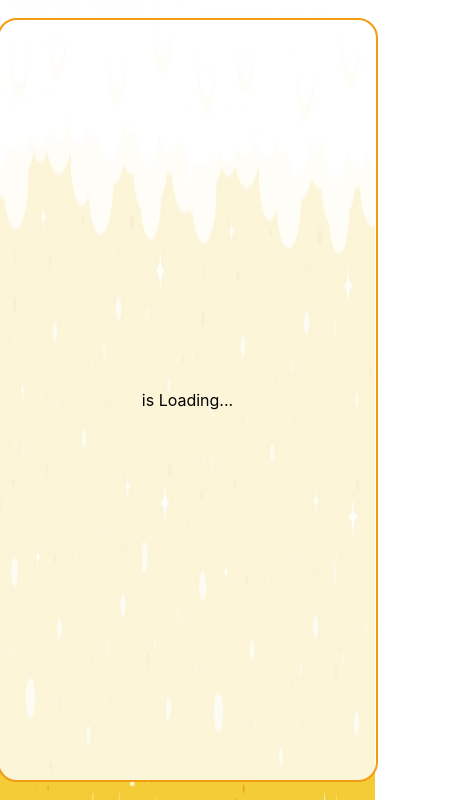
Repository: SebastianArmata22/Beer-app
Page: /
An editor plug-in stored every save of this project. The page is shown before and after the next save, followed by the edit.
The browser window is 375 px wide. The page is 453 px wide, then 375 px, so the pictures cover 453 px, including what lies to the right of the window. The pictures show the whole page.
The page's requests for data from a server got no answer. The project was rebuilt for these pictures with package versions that can differ from the ones it lists, and the page was loaded fresh each time. No one was signed in, and anything a server would have sent is missing. Also part of the build but not shown: src/Card.js.

Above is the page before, as saved 2021-01-05 22:54:59.

### src/App.js
import './App.css';
import Card from './Card.js'
import React from 'react'
import rigtArrow from'./right-arrow.svg'
import leftArrow from'./left-arrow.svg'


class App extends React.Component {

  constructor(props){
    super(props);
    this.state={
      isLoaded:false,
      data:[],
      isNext:true
    }
    this.counter=1
    this.nextBeer=this.nextBeer.bind(this)
    this.previousBeer=this.previousBeer.bind(this)
  }
  getUrl(){
   return `https://api.punkapi.com/v2/beers/${this.counter}`
  }
  getDateFromApi(url){
    fetch(url)
    .then(response=>response.json())
    .then(dataApi=>this.setState({
      isLoaded: true,
      data: dataApi}))
  }
  nextBeer(){
    this.setState({isLoaded: false})
    this.counter<325 && this.counter++
    this.getDateFromApi(this.getUrl())
    this.setState({isNext:true})
  }
 previousBeer(){
    this.setState({isLoaded: false})
    this.counter>1 && this.counter--
    this.getDateFromApi(this.getUrl());
    this.setState({isNext:false})
  }
  componentDidMount(){
    this.getDateFromApi(this.getUrl());
  }
  render(){
    return(
        <div className="app-container">
        <img className="svg-button" onClick={this.previousBeer} src={leftArrow} alt="previous" height='100px'/>
        {this.state.isLoaded ? <Card item={this.state.data} isNext={this.state.isNext} /> : <div className="card load-div">is Loading...</div>}
        <img className="svg-button" onClick={this.nextBeer} src={rigtArrow} alt="next" height='100px' />
        </div>

    )
  }
}

export default App;

### src/App.css
.app-container{
  width: 100%;
  min-height: 100vh;
  display: flex;
  justify-content: center;
  align-items: center;
}

.svg-button{
  cursor: pointer;
}

@media only screen and (max-width: 600px) {
  .svg-button{
    transform: scale(0.5);
  }

}

### src/Card.css
*{
    margin: 0;
    padding: 0;

}
body{
    background-image: url('./background.png');
    background-repeat: no-repeat;
    background-size: 100% 100%;
}
.card {
border: 2px solid #f39c12;
border-radius: 20px;
max-width: 700px;
display: flex;
flex-direction: column;
min-height: 90vh;
padding: 20px;
background-color: rgba(255, 255, 255,0.8);
}
.card h2{
    color: #f39c12;
}

.photo-beer{
    height: 50vh;
}
.photo-card{
    display: flex;
    align-items: center;
    flex-direction: column;

}

.load-div{
    display: flex;
     justify-content: center;
     align-items: center;
}

.text-card{
    position: relative;
    text-align: left;
}

@media only screen and (max-width: 600px) {
    .card{
        min-width: 90%;
    }
}

Loaded but not shown: public/index.html (common file); src/index.js (common file); src/index.css (common file)

After the next save:
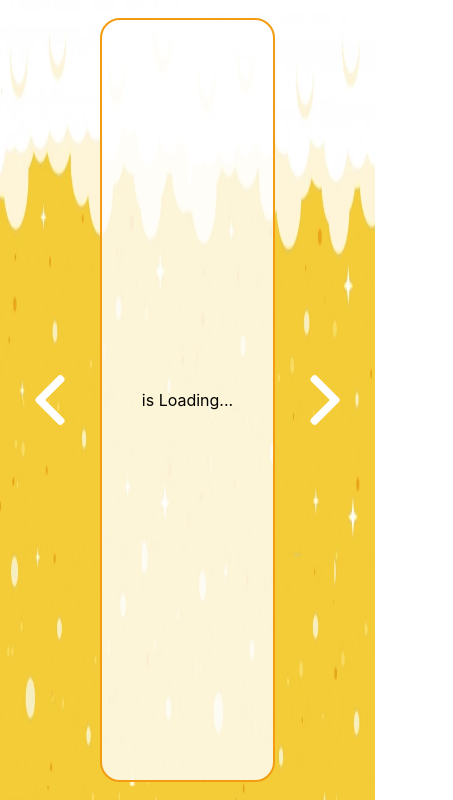
Saved 27 s later.
--- a/src/Card.css
+++ b/src/Card.css
@@ -45,6 +45,6 @@ background-color: rgba(255, 255, 255,0.8);
 
 @media only screen and (max-width: 600px) {
     .card{
-        min-width: 90%;
+        width: 90%;
     }
 }
